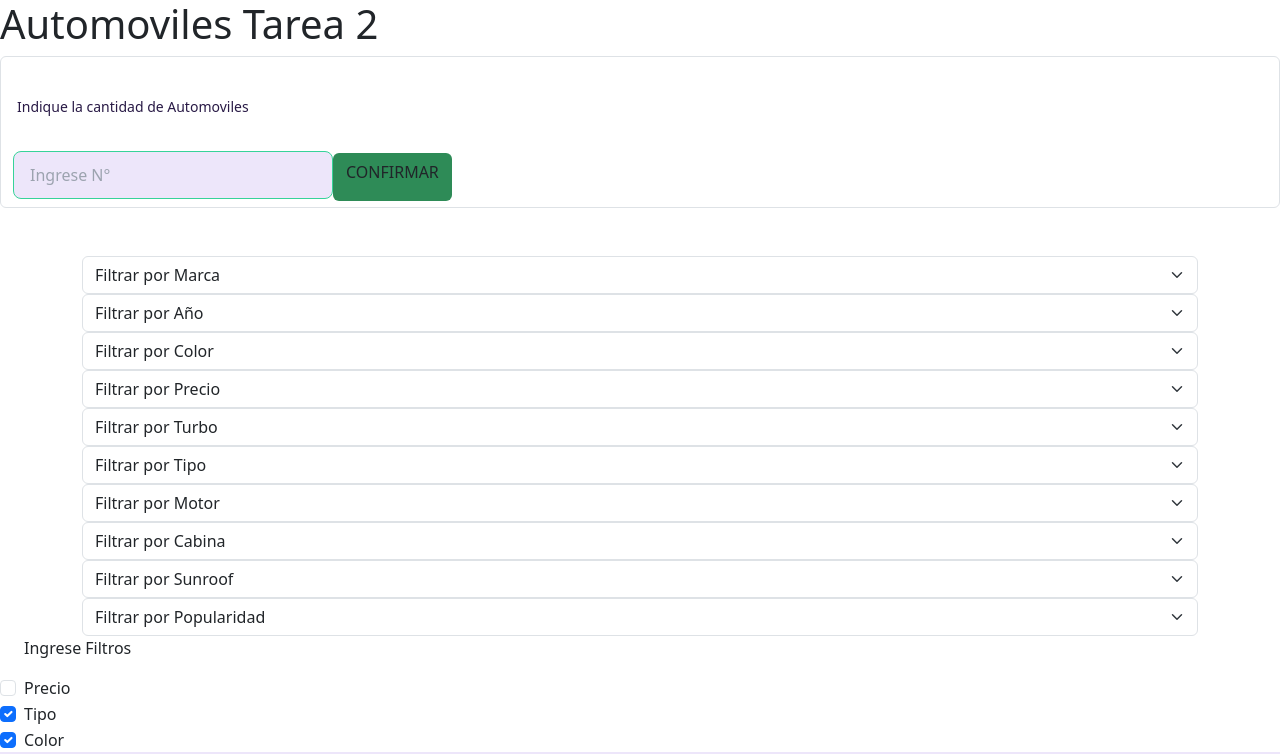
Repository: Claudioxs/Tarea2
Page: /automovil (app in FrontEnd/vue-project/)
These files come from the project's save history. The page is drawn as it stood at one moment and after the next save; the edit follows.
The browser window is 1280 px wide. The pictures show the whole page.
The project was rebuilt for these pictures with package versions that can differ from the ones it lists, and the page was loaded fresh each time. Also part of the build but not shown: FrontEnd/vue-project/vite.config.js, FrontEnd/vue-project/src/components/HelloWorld.vue.

Above is the page before, as saved 2023-05-22 22:53:18.

### FrontEnd/vue-project/src/main.js


import { createApp } from 'vue'
import App from './App.vue'
import router from './router'
import './style.css'
import 'bootstrap/dist/css/bootstrap.css'
import bootstrap from 'bootstrap/dist/js/bootstrap.bundle.js'

const app = createApp(App)

app.use(router,bootstrap)

app.mount('#app')

### FrontEnd/vue-project/src/App.vue
<script setup>
import { RouterLink, RouterView } from 'vue-router'
import HelloWorld from './components/HelloWorld.vue'
</script>

<template>

  <RouterView />
</template>

<style scoped>

</style>

### FrontEnd/vue-project/src/router/index.js
import { createRouter, createWebHistory } from 'vue-router'

import Automovil from '../views/Automovil.vue'

const router = createRouter({
  history: createWebHistory(import.meta.env.BASE_URL),
  routes: [

    {
      path: '/automovil',
      name: 'automovil',
      component: Automovil
    }
  ]
})

export default router

### FrontEnd/vue-project/src/views/Automovil.vue
<template>



<h1 >Automoviles Tarea 2</h1>

<div class="form-control ">
  <label class="label">
    <span class="label-text">Indique la cantidad de Automoviles </span> <br>

    <br><br>

  </label>
  <input type="number" placeholder="Ingrese N°" class="input input-bordered input-success w-full max-w-xs" />
  <label for="ModalBorrar"  @click="crearAutomovil(label-text)" class="btn" style="background-color: seagreen">Confirmar</label>

</div>
<br><br>
<div class="container">
<select class="form-select" aria-label="Default select example" aria-expanded="false">
  <option selected>Filtrar por Marca</option>
  <option value="1">Marca</option>
  <option value="2">Año</option>

</select>
<select class="form-select" aria-label="Default select example">
  <option selected>Filtrar por Año</option>
  <option value="1">Marca</option>
  <option value="2">Año</option>

</select>
<select class="form-select" aria-label="Default select example">
  <option selected>Filtrar por Color</option>
  <option value="1">Marca</option>
  <option value="2">Año</option>

</select>
<select class="form-select" aria-label="Default select example">
  <option selected>Filtrar por Precio</option>
  <option value="1">Marca</option>
  <option value="2">Año</option>

</select>
<select class="form-select" aria-label="Default select example">
  <option selected>Filtrar por Turbo</option>
  <option value="1">Marca</option>
  <option value="2">Año</option>

</select>
<select class="form-select" aria-label="Default select example">
  <option selected>Filtrar por Tipo</option>
  <option value="1">Marca</option>
  <option value="2">Año</option>

</select>
<select class="form-select" aria-label="Default select example">
  <option selected>Filtrar por Motor</option>
  <option value="1">Marca</option>
  <option value="2">Año</option>

</select>
<select class="form-select" aria-label="Default select example">
  <option selected>Filtrar por Cabina</option>
  <option value="1">Marca</option>
  <option value="2">Año</option>

</select>
<select class="form-select" aria-label="Default select example">
  <option selected>Filtrar por Sunroof</option>
  <option value="1">Marca</option>
  <option value="2">Año</option>

</select>
<select class="form-select" aria-label="Default select example">
  <option selected>Filtrar por Popularidad</option>
  <option value="1">Marca</option>
  <option value="2">Año</option>

</select>
</div>

<div class="form-check">
    <p class="text-start">Ingrese Filtros</p>

  <input class="form-check-input" type="checkbox" value="" id="flexCheckDefault">
  <label class="form-check-label" for="flexCheckDefault">
  Precio
  </label>
</div>
<div class="form-check">
  <input class="form-check-input" type="checkbox" value="" id="flexCheckChecked" checked>
  <label class="form-check-label" for="flexCheckChecked">
    Tipo
  </label>
</div>
  <div class="form-check">
  <input class="form-check-input" type="checkbox" value="" id="flexCheckColor" checked>
  <label class="form-check-label" for="flexCheckColor">
    Color
  </label>
</div>


</template>

<style>
.container{
   margin-left: 5px;
   padding-right: 900px;

}

</style>

<script>
import axios from 'axios'

export default {

  data: () => ({


  }),

  methods: {

    cearAutomovil(cant){
     axios({
       method: "GET",
       url: "http://localhost:8080/automovil/generate?cantidad="+cant,

       }).then((res) => {
        alert(
         "Automoviles creados"
        )
       }).catch((err) => console.log(err));
    },

    //filtramos por color
    filtrarColor(col){
      axios({
       method: "GET",
       url: "http://localhost:8080/automovil/buscarPorColor?color="+col,

       }).then((res) => {
        alert(
         "Periodo Añadido correctamente a asignatura"
        )
       }).catch((err) => console.log(err));
    }
   }

}

</script>

### FrontEnd/vue-project/tailwind.config.js
/** @type {import('tailwindcss').Config} */
module.exports = {
  daisyui: {
    themes: [
      {
        mytheme: {

            "primary": "#1D0027",

            "secondary": "#A181E2",

            "accent": "#37CDBE",

            "neutral": "#D9D9D9",

            "base-100": "#EDE6FA",

            "info": "#3ABFF8",

            "success": "#36D399",

            "warning": "#FBBD23",

            "error": "#F87272",
        },
      },
    ],
  },
  content: ["./index.html","./src/**/*.{vue,js,ts,jsx,tsx}"],
  theme: {
    extend: {},
  },
  plugins: [require("daisyui")],
}

Loaded but not shown: FrontEnd/vue-project/index.html (common file); FrontEnd/vue-project/src/style.css (common file)

After the next save:
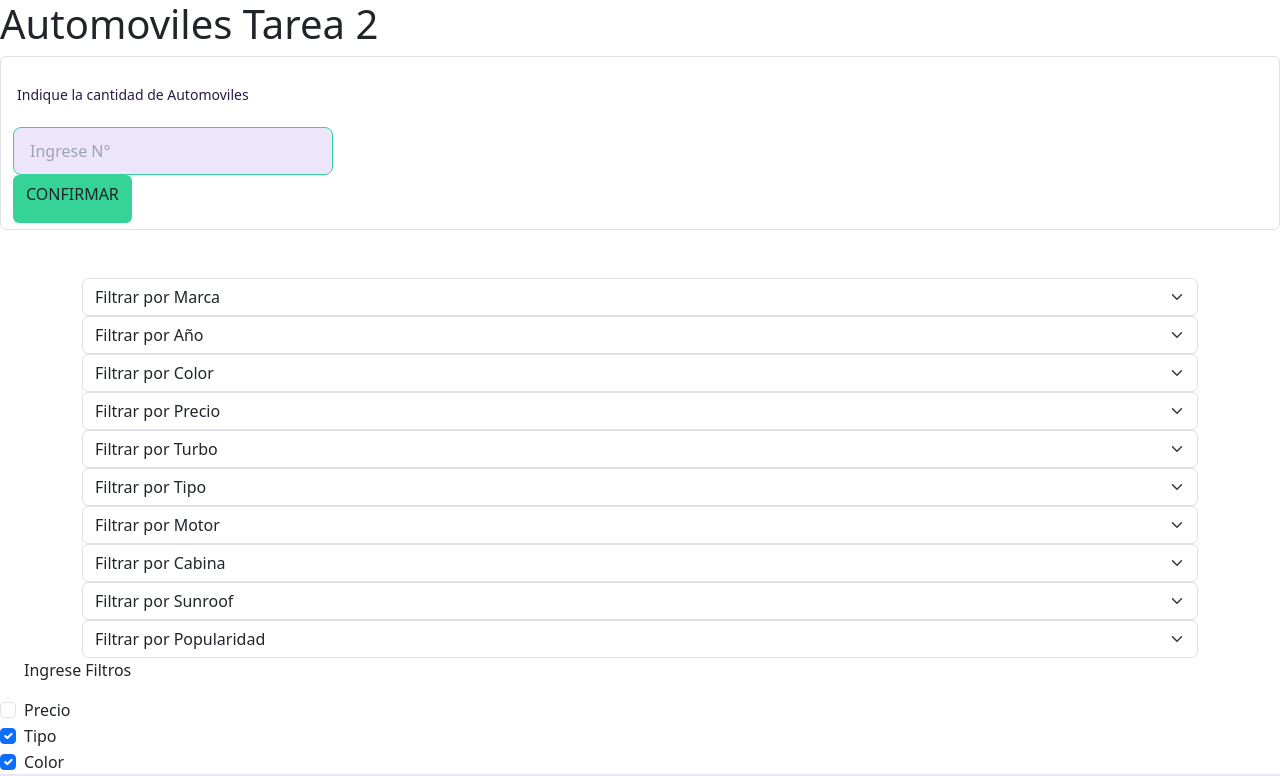
Saved 86 s later.
--- a/FrontEnd/vue-project/src/views/Automovil.vue
+++ b/FrontEnd/vue-project/src/views/Automovil.vue
@@ -6,13 +6,12 @@
 
 <div class="form-control ">
   <label class="label">
-    <span class="label-text">Indique la cantidad de Automoviles </span> <br>
-
+    <span class="label-text">Indique la cantidad de Automoviles </span>
     <br><br>
 
   </label>
-  <input type="number" placeholder="Ingrese N°" class="input input-bordered input-success w-full max-w-xs" />
-  <label for="ModalBorrar"  @click="crearAutomovil(label-text)" class="btn" style="background-color: seagreen">Confirmar</label>
+  <input type="number" placeholder="Ingrese N°" class="input input-bordered input-success w-full max-w-xs" /> <br>
+    <label for="ModalBorrar"  @click="crearAutomovil(label-text)" class="btn" style="background-color: #36D399">Confirmar</label>
 
 </div>
 <br><br>
